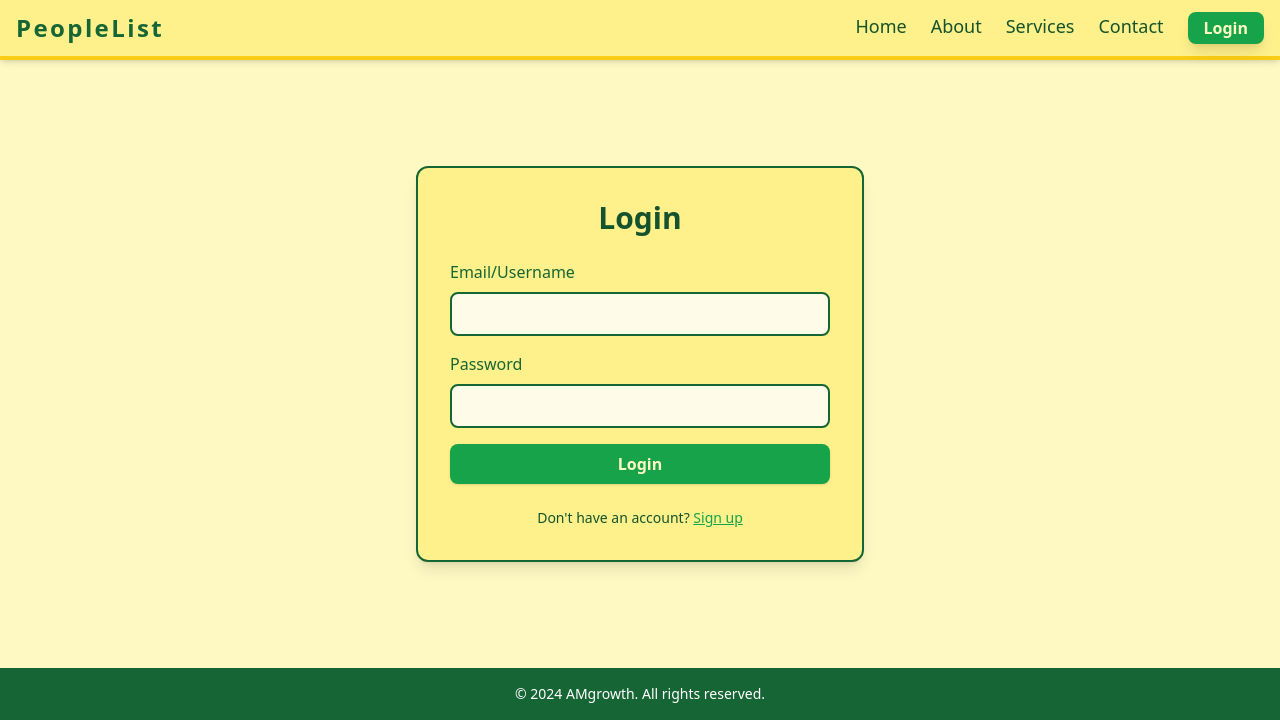
Repository: ArievfRahman-Dev/Mini-Project-II
Page: /login (app in miniproject2/)
The author's editor kept a copy of each file at every save. The page is drawn from the files as they stood at one save, then again after the next save.
The browser window is 1280 px wide. The pictures show the whole page.
The project was rebuilt for these pictures with package versions that can differ from the ones it lists, and the page was loaded fresh each time. Also part of the build but not shown: miniproject2/vite.config.js, miniproject2/src/pages/HomePage/index.jsx, miniproject2/src/pages/DetailUser/index.jsx, miniproject2/src/pages/RegisterPages/index.jsx, miniproject2/src/routes/ProtectedRoute.jsx.

Above is the page before, as saved 2024-12-23 14:46:48.

After the next save:
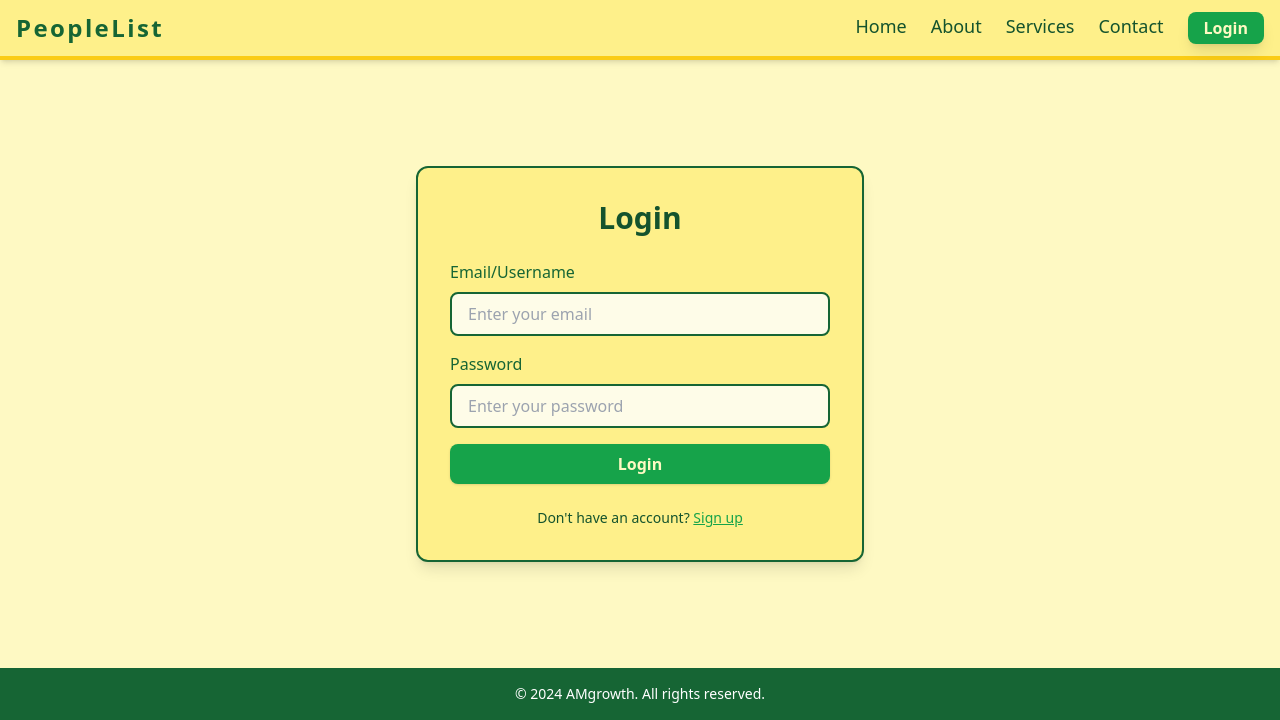
Saved 108 s later.
--- a/miniproject2/src/pages/LoginPage/index.jsx
+++ b/miniproject2/src/pages/LoginPage/index.jsx
@@ -4,6 +4,7 @@
 import { Navbar } from "../../components/Navbar";
 import { Footer } from "../../components/Footer";
 import { Link } from "react-router-dom";
+
 export const LoginPage = () => {
   const [form, setForm] = useState({
     email: "",
@@ -22,21 +23,33 @@
     });
   };
 
+  // Validate form inputs
+  const validateForm = () => {
+    if (!form.email || !form.password) {
+      setError("Email and Password are required.");
+      return false;
+    }
+    return true;
+  };
+
   const handleLogin = async (e) => {
     e.preventDefault();
+    if (!validateForm()) return; // Stop if validation fails
+
     setLoading(true);
+    setError(""); // Reset previous error
+    setSuccess(""); // Reset previous success
+
     try {
       const res = await axios.post("https://reqres.in/api/login", form);
       localStorage.setItem("access_token", res.data.token);
-      setError("");
-      setSuccess("Login Success");
+      setSuccess("Login Successful!");
       setTimeout(() => {
         navigate("/");
       }, 2000);
-      console.log(res);
     } catch (error) {
+      setError("Invalid email or password. Please try again.");
       console.log(error.response);
-      setError(error.response.data.error);
     } finally {
       setLoading(false);
     }
@@ -50,7 +63,7 @@
           <h1 className="mb-6 text-3xl font-bold text-center text-green-900 retro-font">
             Login
           </h1>
-          <form>
+          <form onSubmit={handleLogin}>
             <div className="mb-4">
               <label
                 htmlFor="email"
@@ -61,8 +74,10 @@
               <input
                 type="email"
                 name="email"
+                value={form.email}
                 onChange={handleChange}
                 className="w-full px-4 py-2 text-green-900 border-2 border-green-800 rounded-lg focus:outline-none focus:ring-2 focus:ring-yellow-400 bg-yellow-50"
+                placeholder="Enter your email"
               />
             </div>
             <div className="mb-4">
@@ -75,8 +90,10 @@
               <input
                 type="password"
                 name="password"
+                value={form.password}
                 onChange={handleChange}
                 className="w-full px-4 py-2 text-green-900 border-2 border-green-800 rounded-lg focus:outline-none focus:ring-2 focus:ring-yellow-400 bg-yellow-50"
+                placeholder="Enter your password"
               />
             </div>
             {error && <p className="mb-4 text-sm text-red-500">{error}</p>}
@@ -85,15 +102,18 @@
             )}
             <button
               disabled={loading}
-              onClick={handleLogin}
+              type="submit"
               className={`w-full px-4 py-2 font-semibold text-yellow-100 rounded-lg shadow retro-font ${
                 loading
                   ? "bg-yellow-400 cursor-not-allowed"
                   : "bg-green-600 hover:bg-green-800"
               } focus:outline-none focus:ring-2 focus:ring-green-400 focus:ring-offset-1`}
-              type="submit"
             >
-              {loading ? "Loading..." : "Login"}
+              {loading ? (
+                <span className="spinner-border animate-spin"></span>
+              ) : (
+                "Login"
+              )}
             </button>
           </form>
           <p className="mt-6 text-sm text-center text-green-900">

After the save that followed:
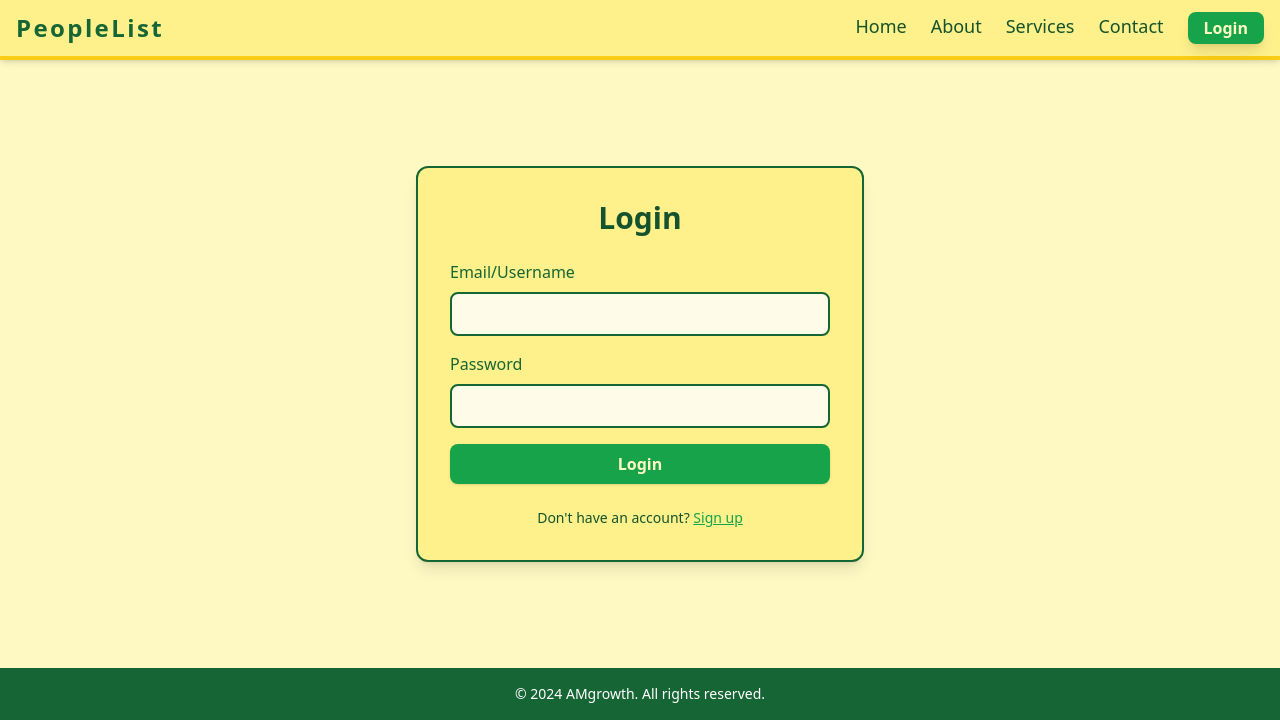
Saved 91 s later.
--- a/miniproject2/src/pages/LoginPage/index.jsx
+++ b/miniproject2/src/pages/LoginPage/index.jsx
@@ -4,7 +4,6 @@
 import { Navbar } from "../../components/Navbar";
 import { Footer } from "../../components/Footer";
 import { Link } from "react-router-dom";
-
 export const LoginPage = () => {
   const [form, setForm] = useState({
     email: "",
@@ -23,33 +22,21 @@
     });
   };
 
-  // Validate form inputs
-  const validateForm = () => {
-    if (!form.email || !form.password) {
-      setError("Email and Password are required.");
-      return false;
-    }
-    return true;
-  };
-
   const handleLogin = async (e) => {
     e.preventDefault();
-    if (!validateForm()) return; // Stop if validation fails
-
     setLoading(true);
-    setError(""); // Reset previous error
-    setSuccess(""); // Reset previous success
-
     try {
       const res = await axios.post("https://reqres.in/api/login", form);
       localStorage.setItem("access_token", res.data.token);
-      setSuccess("Login Successful!");
+      setError("");
+      setSuccess("Login Success");
       setTimeout(() => {
         navigate("/");
       }, 2000);
+      console.log(res);
     } catch (error) {
-      setError("Invalid email or password. Please try again.");
       console.log(error.response);
+      setError(error.response.data.error);
     } finally {
       setLoading(false);
     }
@@ -63,7 +50,7 @@
           <h1 className="mb-6 text-3xl font-bold text-center text-green-900 retro-font">
             Login
           </h1>
-          <form onSubmit={handleLogin}>
+          <form>
             <div className="mb-4">
               <label
                 htmlFor="email"
@@ -74,10 +61,8 @@
               <input
                 type="email"
                 name="email"
-                value={form.email}
                 onChange={handleChange}
                 className="w-full px-4 py-2 text-green-900 border-2 border-green-800 rounded-lg focus:outline-none focus:ring-2 focus:ring-yellow-400 bg-yellow-50"
-                placeholder="Enter your email"
               />
             </div>
             <div className="mb-4">
@@ -90,10 +75,8 @@
               <input
                 type="password"
                 name="password"
-                value={form.password}
                 onChange={handleChange}
                 className="w-full px-4 py-2 text-green-900 border-2 border-green-800 rounded-lg focus:outline-none focus:ring-2 focus:ring-yellow-400 bg-yellow-50"
-                placeholder="Enter your password"
               />
             </div>
             {error && <p className="mb-4 text-sm text-red-500">{error}</p>}
@@ -102,18 +85,15 @@
             )}
             <button
               disabled={loading}
-              type="submit"
+              onClick={handleLogin}
               className={`w-full px-4 py-2 font-semibold text-yellow-100 rounded-lg shadow retro-font ${
                 loading
                   ? "bg-yellow-400 cursor-not-allowed"
                   : "bg-green-600 hover:bg-green-800"
               } focus:outline-none focus:ring-2 focus:ring-green-400 focus:ring-offset-1`}
+              type="submit"
             >
-              {loading ? (
-                <span className="spinner-border animate-spin"></span>
-              ) : (
-                "Login"
-              )}
+              {loading ? "Loading..." : "Login"}
             </button>
           </form>
           <p className="mt-6 text-sm text-center text-green-900">
